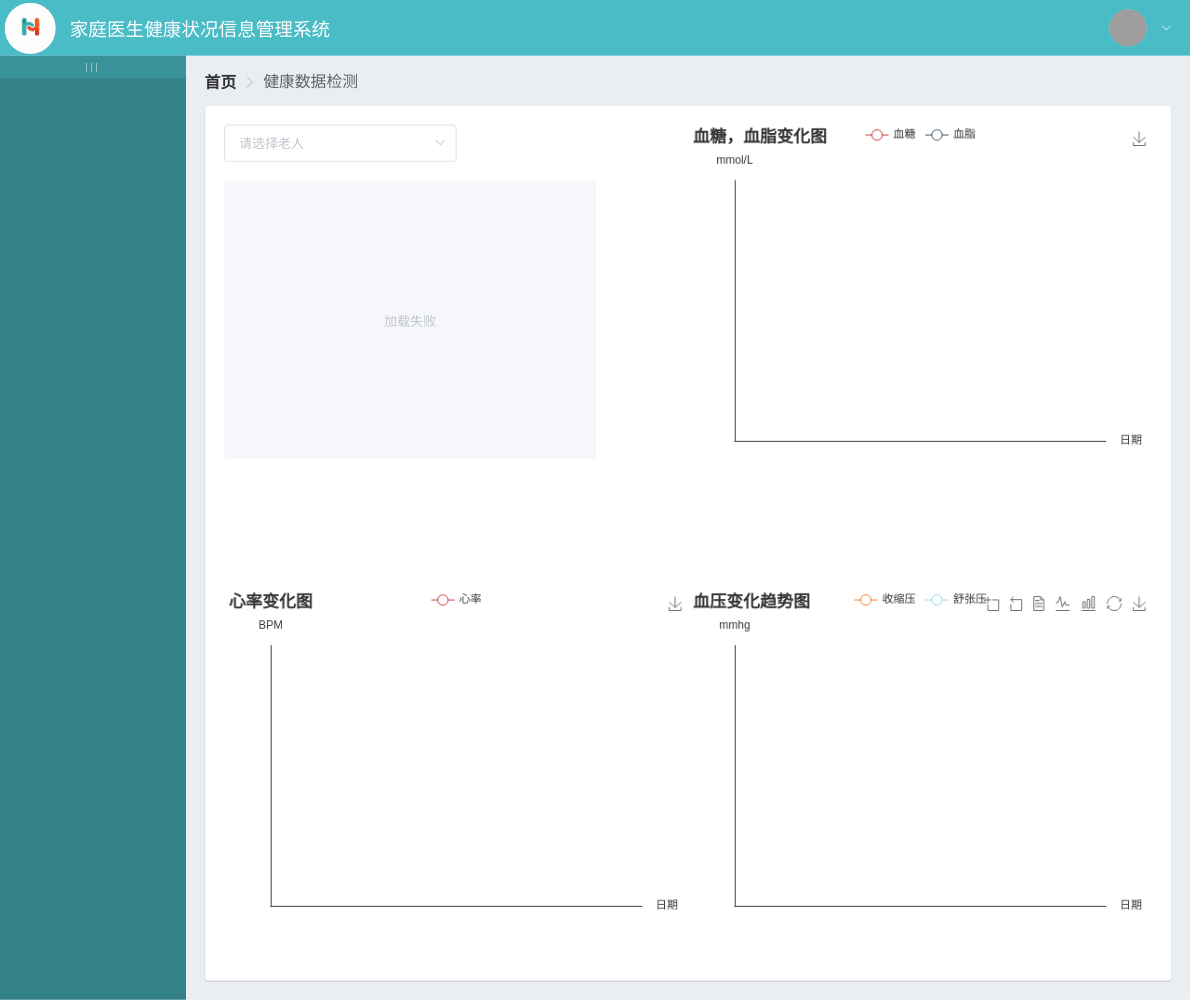
Repository: hyyBubbly/community-web-vue
Page: /#/healthyData (app in community/)
These files come from the project's save history. The page is drawn as it stood at one moment and after the next save; the edit follows.
The browser window is 1280 px wide. The pictures show the whole page, at 93% of full size.
Pictures or frames that could not be fetched are drawn as grey boxes. The page's requests for data from a server got no answer. The project was rebuilt for these pictures with package versions that can differ from the ones it lists, and the page was loaded fresh each time. No one was signed in, and anything a server would have sent is missing. Also part of the build but not shown: community/vue.config.js, community/src/components/Login.vue, community/src/components/Welcome.vue, community/src/components/User/UserList.vue, community/src/components/admin/WorkerList.vue, community/src/components/community/CommunityList.vue, community/src/components/healthfiles/Healthiness.vue, community/src/components/User/OlderInfoList.vue and 13 more.

Above is the page before, as saved 2024-01-28 23:57:33.

After the next save:
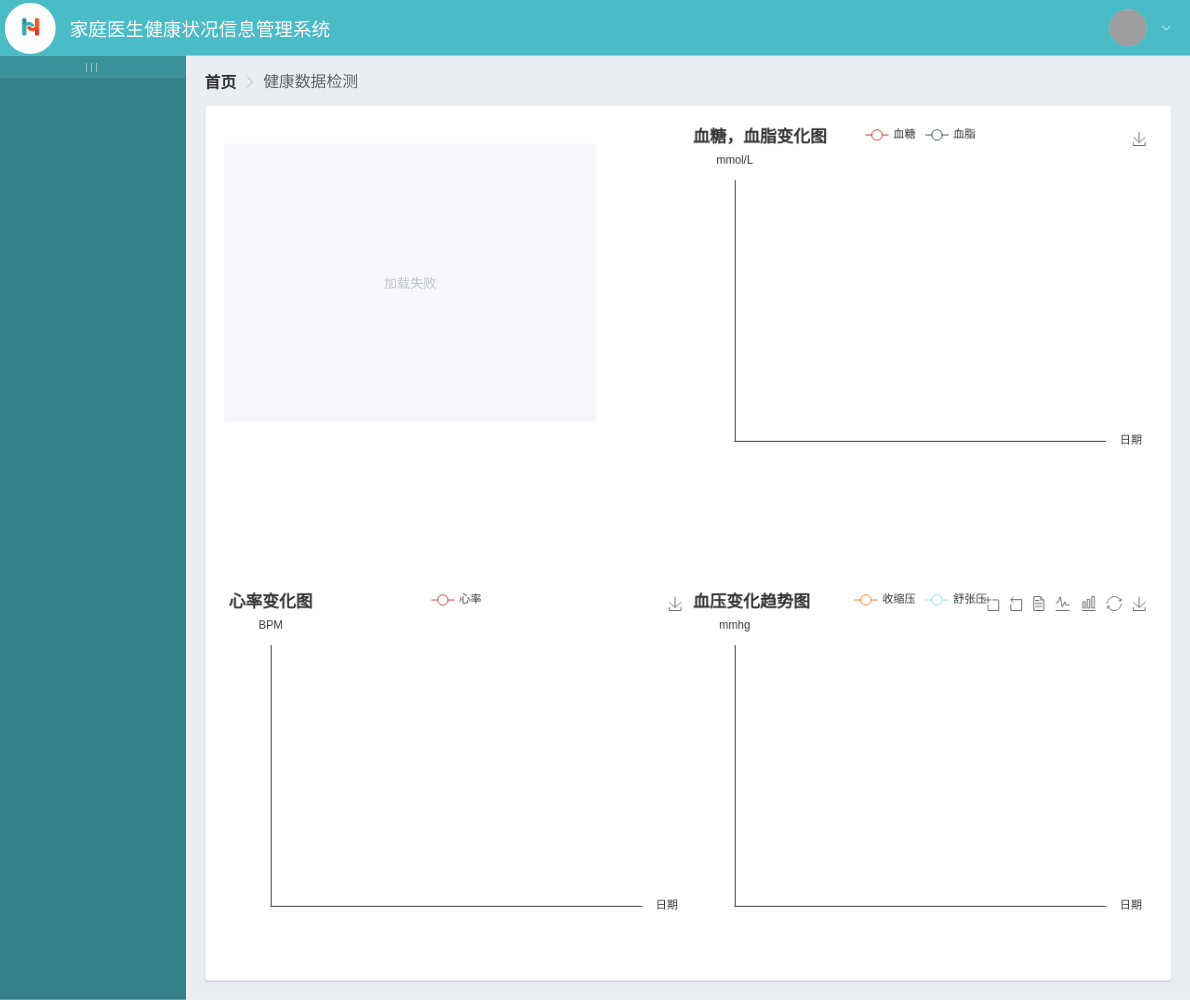
Saved 23 s later.
--- a/community/src/components/healthfiles/HealthyData.vue
+++ b/community/src/components/healthfiles/HealthyData.vue
@@ -8,7 +8,7 @@
     <el-row>
       <el-col style="width: 50%;height: 300px;">
         <!-- <label>老人姓名：</label> -->
-        <el-select placeholder="请选择老人" v-model="queryInfo.olderId" @change="getInternalList"
+        <!-- <el-select placeholder="请选择老人" v-model="queryInfo.olderId" @change="getInternalList"
                    clearable filterable style="width: 50%; padding-right: 10px">
           <el-option
               v-for="item in olderDrop"
@@ -16,7 +16,7 @@
               :label="item.olderName"
               :value="item.olderId">
           </el-option>
-        </el-select>
+        </el-select> -->
         <el-image :src="img" style="height: 300px;width: 400px;margin-top: 20px"></el-image>
       </el-col>
       <el-col id="drawLine" style="width: 50%;height: 400px;"></el-col>

After the save that followed:
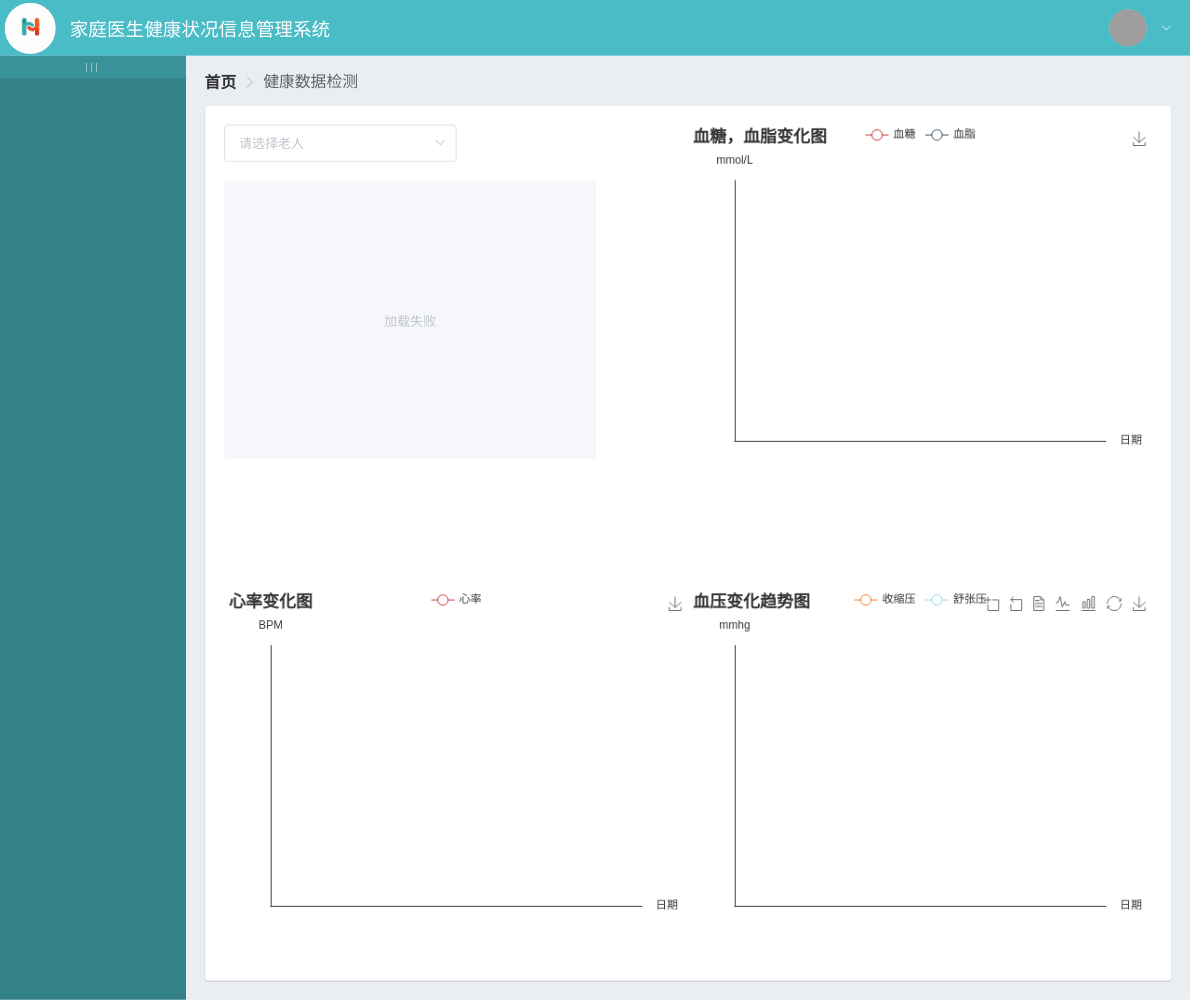
Saved 2 min 31 s later.
--- a/community/src/components/healthfiles/HealthyData.vue
+++ b/community/src/components/healthfiles/HealthyData.vue
@@ -8,7 +8,7 @@
     <el-row>
       <el-col style="width: 50%;height: 300px;">
         <!-- <label>老人姓名：</label> -->
-        <!-- <el-select placeholder="请选择老人" v-model="queryInfo.olderId" @change="getInternalList"
+        <el-select placeholder="请选择老人" v-model="queryInfo.olderId" @change="getInternalList"
                    clearable filterable style="width: 50%; padding-right: 10px">
           <el-option
               v-for="item in olderDrop"
@@ -16,7 +16,7 @@
               :label="item.olderName"
               :value="item.olderId">
           </el-option>
-        </el-select> -->
+        </el-select>
         <el-image :src="img" style="height: 300px;width: 400px;margin-top: 20px"></el-image>
       </el-col>
       <el-col id="drawLine" style="width: 50%;height: 400px;"></el-col>
